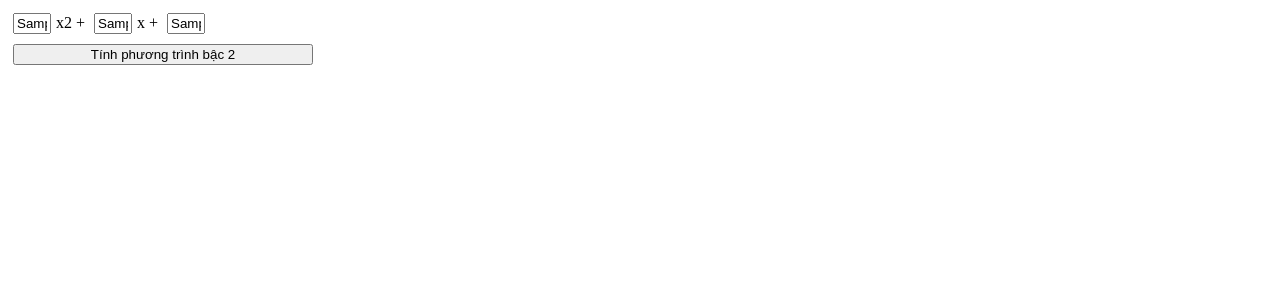
Repository: phunobi1807/quadraticEquation2
Page: index.html
An editor plug-in stored every save of this project. The page is shown before and after the next save, followed by the edit.
The browser window is 1280 px wide. The pictures show the whole page.
Empty fields were first filled with sample values (such as "Sample", 5 or name@example.com).
After loading, the first visible `#oke` was clicked once.

Above is the page before, as saved 2022-07-25 13:44:21.
Not found: css/currency.default.css

### index.html
<!DOCTYPE html>
<html lang="en">

<head>
  <meta charset="UTF-8" />
  <meta http-equiv="X-UA-Compatible" content="IE=edge" />
  <meta name="viewport" content="width=device-width, initial-scale=1.0" />
  <title>Document</title>
  <script src="https://code.jquery.com/jquery-3.6.0.slim.min.js"
    integrity="sha256-u7e5khyithlIdTpu22PHhENmPcRdFiHRjhAuHcs05RI=" crossorigin="anonymous"></script>
  <link rel="stylesheet" href="./styles.css" />
  <script src="https://code.jquery.com/jquery-3.6.0.slim.min.js"
    integrity="sha256-u7e5khyithlIdTpu22PHhENmPcRdFiHRjhAuHcs05RI=" crossorigin="anonymous"></script>
  <link type="text/css" rel="stylesheet" href="css/currency.default.css">
</head>

<body>

  <!--

    Các bước tính phương trình bậc 2
    - 1. TÍNH BIỆT SỐ
    - 2. Suy luận 3 kết quả
    - 2.1. Vô nghiệm
    - 2.2. Nghiệm kép
    - 2.3. 2 Nghiệm

  -->

  <!-- <input type="text" class="number" value="" placeholder="A" />x2 +
  <input type="text" class="number" value="" placeholder="B" />x +
  <input type="text" class="number" value="" placeholder="C" />
  <button type="submit">=</button>

  <input type="text" class="total" value="" placeholder="0" /> -->
  <input type='text' id="a" placeholder="A" />x2 +
  <input type='text' id="b" placeholder="B" />x +
  <input type='text' id="c" placeholder="C" />

  <div class="result">

  </div>

  <input type="button" id="oke" value="Tính phương trình bậc 2" style="min-width: 300px" />


  <script src="./myjs.js"></script>
</body>

</html>

### styles.css

 /* input.total {
    margin-top: 30px;
} */
 input {
    width: 30px;
    margin: 5px;
}

### myjs.js
$(document).ready(() => {
  // $(document).on("change", ".number", function () {
  //   var sum = 0;
  //   $(".number").each(function () {
  //     sum += +$(this).val();
  //   });
  //   $(".total").val(sum);
  // });

  /**
   * Tính phương trình bật 2 và trả ra kết quả
   * Khi hàm return false nghĩa là phương trình vô nghiệm
   * Còn có nghiệm thì lấy dạng object x1, x2
   *
   * @param {Number} a
   * @param {Number} b
   * @param {Number} c
   */
  function quadraticEquation2(a, b, c) {
    // Tính biệt số (gọi là delta) theo như công thức
    // Math.pow đại diện cho n bình phương m (n^m)
    let x1, x2;

    const delta = Math.pow(b, 2) - 4 * a * c;

    if (delta < 0) {
      return false;
    } else if (delta === 0) {
      x1 = x2 = -((b / 2) * a);
      return {
        x1: x1,
        x2: x2,
      };
    } else {
      x1 = (-b + Math.sqrt(delta)) / (2 * a);
      x2 = (-b - Math.sqrt(delta)) / (2 * a);
      return {
        x1: x1,
        x2: x2,
      };
    }
  }

  function renderResult() {
    $(".result")
      .html("")
      .append("first answer" + x1)
      .append("second answer" + x2);
  }

  $("#oke").on("click", function () {
    const a = parseFloat($("#a").val());
    const b = parseFloat($("#b").val());
    const c = parseFloat($("#c").val());

    const result = quadraticEquation2(a, b, c);

    if(result === false) {
      // Phương trình vô nghiệm
    } else {
      const {x1, x2} = result;
      // Nghiệm x1, x2
    }

    console.log(result);

    // Cái render giao diện tính sau nhé, giờ tính toán được đã
  });
})

After the next save:
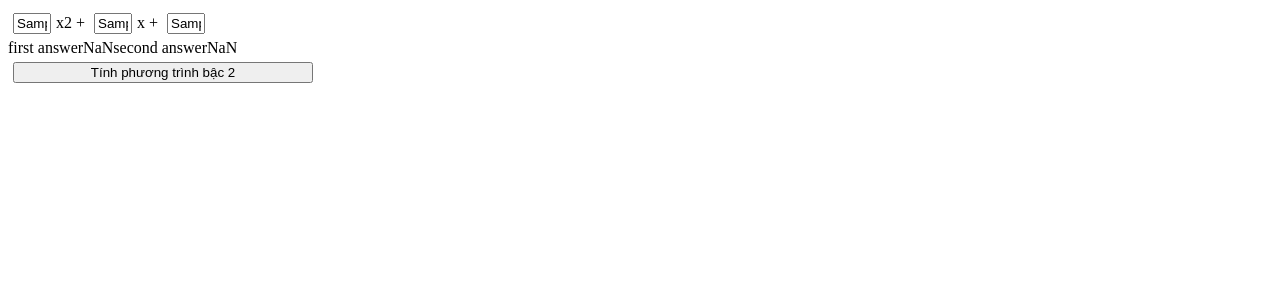
Saved 60 s later.
--- a/myjs.js
+++ b/myjs.js
@@ -41,7 +41,7 @@
     }
   }
 
-  function renderResult() {
+  function renderResult(x1, x2) {
     $(".result")
       .html("")
       .append("first answer" + x1)
@@ -60,6 +60,7 @@
     } else {
       const {x1, x2} = result;
       // Nghiệm x1, x2
+      renderResult(x1, x2);
     }
 
     console.log(result);
